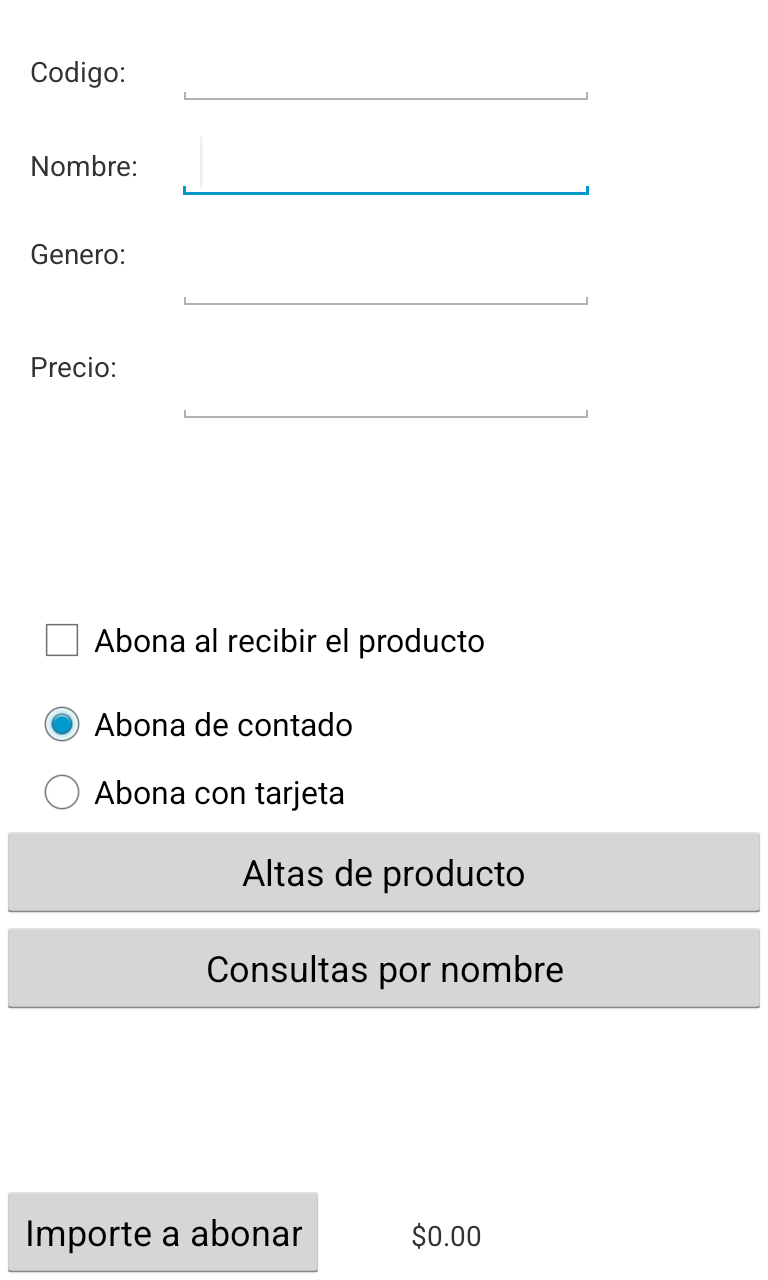
Repository: unknoman/javaAndroidDesempenos
Layout: parcial2h/res/layout/activity_main.xml
The author's editor kept a copy of each file at every save. The layout is drawn from the files as they stood at one save, then again after the next save.
It is drawn on a 768 x 1280 px phone screen (xhdpi) without system bars, with theme AppTheme; the app's code is not run.

Above is the layout before, as saved 2022-06-16 06:30:56.

### parcial2h/res/layout/activity_main.xml
<RelativeLayout xmlns:android="http://schemas.android.com/apk/res/android"
    xmlns:tools="http://schemas.android.com/tools"
    android:layout_width="match_parent"
    android:layout_height="match_parent"
    tools:context=".MainActivity" >

    <TextView
        android:id="@+id/textView2"
        android:layout_width="wrap_content"
        android:layout_height="wrap_content"
        android:layout_alignParentLeft="true"
        android:layout_below="@+id/textView1"
        android:layout_marginLeft="15dp"
        android:layout_marginTop="28dp"
        android:text="Nombre:" />

    <TextView
        android:id="@+id/textView1"
        android:layout_width="wrap_content"
        android:layout_height="wrap_content"
        android:layout_alignLeft="@+id/textView2"
        android:layout_alignParentTop="true"
        android:layout_marginTop="26dp"
        android:text="Codigo:" />

    <TextView
        android:id="@+id/textView3"
        android:layout_width="wrap_content"
        android:layout_height="wrap_content"
        android:layout_alignRight="@+id/textView1"
        android:layout_below="@+id/textView2"
        android:layout_marginTop="25dp"
        android:text="Genero:" />

    <EditText
        android:id="@+id/et1"
        android:layout_width="wrap_content"
        android:layout_height="wrap_content"
        android:layout_alignBaseline="@+id/textView1"
        android:layout_alignBottom="@+id/textView1"
        android:layout_marginLeft="19dp"
        android:layout_toRightOf="@+id/textView2"
        android:ems="10"
        android:inputType="number" />

    <EditText
        android:id="@+id/et2"
        android:layout_width="wrap_content"
        android:layout_height="wrap_content"
        android:layout_alignBaseline="@+id/textView2"
        android:layout_alignBottom="@+id/textView2"
        android:layout_alignLeft="@+id/et1"
        android:ems="10" >

        <requestFocus />
    </EditText>

    <EditText
        android:id="@+id/et3"
        android:layout_width="wrap_content"
        android:layout_height="wrap_content"
        android:layout_alignLeft="@+id/et2"
        android:layout_alignTop="@+id/textView3"
        android:ems="10" />

    <EditText
        android:id="@+id/et4"
        android:layout_width="wrap_content"
        android:layout_height="wrap_content"
        android:layout_alignLeft="@+id/et3"
        android:layout_alignTop="@+id/textView4"
        android:ems="10"
        android:inputType="numberDecimal" />

    <TextView
        android:id="@+id/textView4"
        android:layout_width="wrap_content"
        android:layout_height="wrap_content"
        android:layout_alignLeft="@+id/textView2"
        android:layout_below="@+id/et3"
        android:layout_marginTop="17dp"
        android:text="Precio:" />

    <CheckBox
        android:id="@+id/cb1"
        android:layout_width="wrap_content"
        android:layout_height="wrap_content"
        android:layout_alignLeft="@+id/textView4"
        android:layout_centerVertical="true"
        android:text="Abona al recibir el producto" />

    <RadioGroup
        android:id="@+id/radioGroup1"
        android:layout_width="wrap_content"
        android:layout_height="wrap_content"
        android:layout_alignLeft="@+id/cb1"
        android:layout_below="@+id/cb1"
        android:layout_marginTop="34dp" >

        <RadioButton
            android:id="@+id/radio1"
            android:layout_width="wrap_content"
            android:layout_height="wrap_content"
             android:layout_marginTop="10dp"
            android:text="Abona con tarjeta" />
    </RadioGroup>

    <RadioButton
        android:id="@+id/radio0"
        android:layout_width="wrap_content"
        android:layout_height="wrap_content"
        android:layout_alignLeft="@+id/radioGroup1"
        android:layout_below="@+id/cb1"
        android:layout_marginTop="10dp"
        android:checked="true"
        android:text="Abona de contado" />

    <Button
        android:id="@+id/button1"
        android:layout_width="1000"
        android:layout_height="wrap_content"
        android:layout_alignParentLeft="true"
        android:layout_below="@+id/radioGroup1"
        android:minWidth="64dp"
        android:text="Altas de producto" />

    <Button
        android:id="@+id/button2"
        android:layout_width="1000"
        android:layout_height="wrap_content"
        android:layout_below="@+id/button1"
        android:layout_centerHorizontal="true"
        android:text="Consultas por nombre" />

    <Button
        android:id="@+id/button3"
        android:layout_width="wrap_content"
        android:layout_height="wrap_content"
        android:layout_alignParentBottom="true"
        android:layout_alignParentLeft="true"
        android:text="Importe a abonar" />

    <TextView
        android:id="@+id/tv1"
        android:layout_width="wrap_content"
        android:layout_height="wrap_content"
        android:layout_alignBaseline="@+id/button3"
        android:layout_alignBottom="@+id/button3"
        android:layout_marginLeft="29dp"
        android:layout_toRightOf="@+id/radio0"
        android:text="$0.00" />

</RelativeLayout>

Loaded but not shown: parcial2h/res/values/styles.xml (common file); parcial2h/res/values-v11/styles.xml (common file); parcial2h/res/values-v14/styles.xml (common file)

After the next save:
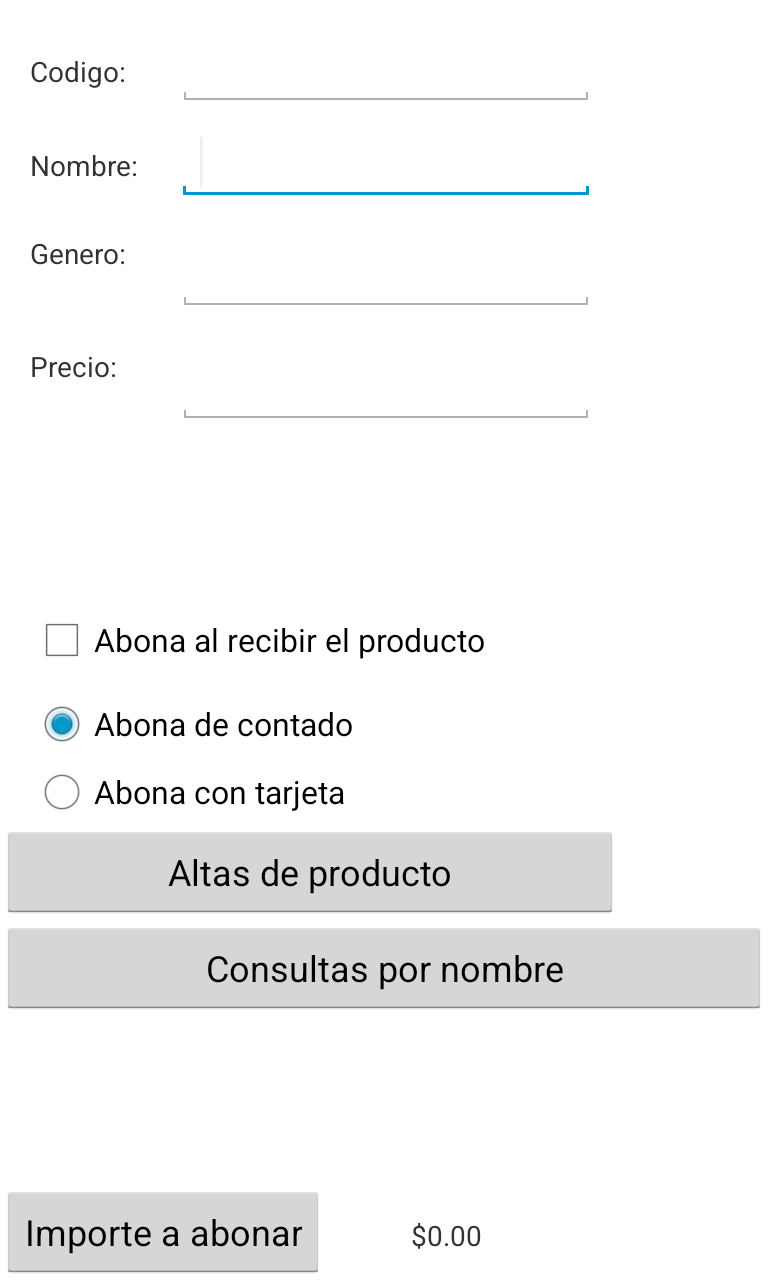
Saved 87 s later.
--- a/parcial2h/res/layout/activity_main.xml
+++ b/parcial2h/res/layout/activity_main.xml
@@ -117,7 +117,7 @@
 
     <Button
         android:id="@+id/button1"
-        android:layout_width="1000"
+        android:layout_width="310"
         android:layout_height="wrap_content"
         android:layout_alignParentLeft="true"
         android:layout_below="@+id/radioGroup1"
